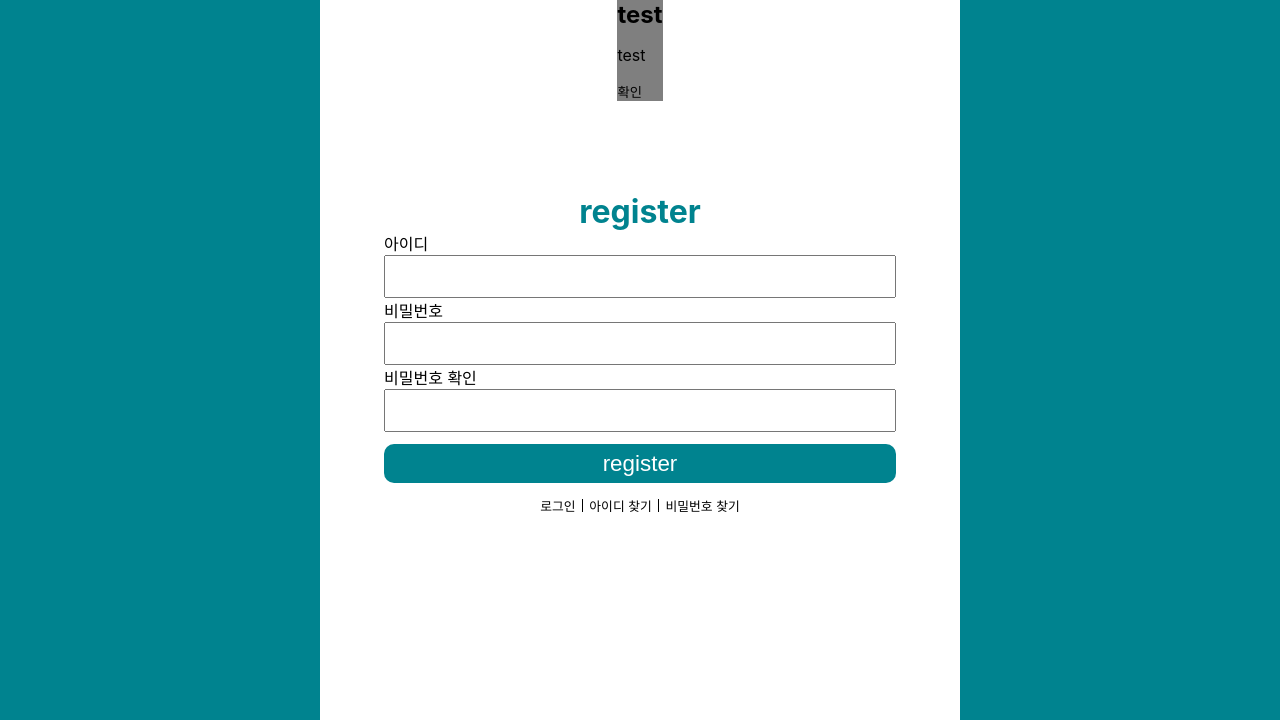
Repository: SeungYn/ticktickup-client
Page: /register
An editor plug-in stored every save of this project. The page is shown before and after the next save, followed by the edit.
The browser window is 1280 px wide. The pictures show the whole page.
The project was rebuilt for these pictures with package versions that can differ from the ones it lists, and the page was loaded fresh each time. Also part of the build but not shown: src/App.tsx, src/pages/Main.tsx, src/pages/TimeDetail.tsx, src/pages/MyInfo.tsx, src/containers/auth/LoginFormContainer.tsx, src/pages/LoginPage.tsx.

Above is the page before, as saved 2023-01-04 00:09:25.

### src/index.tsx
import React from 'react';
import ReactDOM from 'react-dom/client';
import { createBrowserRouter, RouterProvider } from 'react-router-dom';

import './index.css';
import App from './App';
import Main from './pages/Main';
import TimeDetail from './pages/TimeDetail';
import MyInfo from './pages/MyInfo';
import LoginContainer from './pages/LoginPage';
import RegisterPage from './pages/RegisterPage';
import { Provider } from 'react-redux';
import { store } from './modules';

const root = ReactDOM.createRoot(
  document.getElementById('root') as HTMLElement
);

const router = createBrowserRouter([
  {
    path: '/',
    element: <App />,
    children: [
      { index: true, element: <Main /> },
      {
        path: 'TimeDetail',
        element: <TimeDetail />,
      },
      {
        path: 'Myinfo',
        element: <MyInfo />,
      },
    ],
  },
  {
    path: 'Login',
    element: <LoginContainer />,
  },
  {
    path: 'register',
    element: <RegisterPage />,
  },
]);

root.render(
  <Provider store={store}>
    <RouterProvider router={router}></RouterProvider>
  </Provider>
);

### src/index.css
* {
  box-sizing: border-box;
}

html {
  height: 100%;
  width: 100%;
}

body {
  margin: 0;
  font-family: -apple-system, BlinkMacSystemFont, 'Segoe UI', 'Roboto', 'Oxygen',
    'Ubuntu', 'Cantarell', 'Fira Sans', 'Droid Sans', 'Helvetica Neue',
    sans-serif;
  -webkit-font-smoothing: antialiased;
  -moz-osx-font-smoothing: grayscale;
  height: 100%;
  width: 100%;
}

code {
  font-family: source-code-pro, Menlo, Monaco, Consolas, 'Courier New',
    monospace;
}

#root {
  height: 100%;
  width: 100%;
  background-color: #00838f;
  display: flex;
  justify-content: center;
}

input {
  outline: none;
}

h1,
h2 {
  margin: 0;
}

button {
  outline: none;
  background: none;
  border: none;
  cursor: pointer;
  padding: 0;
}

a {
  text-decoration: none;
  color: black;
}

a:visited {
  color: black;
}

### src/pages/RegisterPage.tsx
import React from 'react';
import RegisterFormContainer from '../containers/auth/RegisterFormContainer';

export default function RegisterPage() {
  const onSubmit = (e: React.FormEvent<HTMLFormElement>) => {
    e.preventDefault();
    console.log('submit');
  };
  return <RegisterFormContainer />;
}

### src/modules/index.ts
import { configureStore } from '@reduxjs/toolkit';
import authReducer from './auth';
import loadingReducer from './Loading';

export const store = configureStore({
  reducer: { auth: authReducer, loading: loadingReducer },
});
export type RootState = ReturnType<typeof store.getState>;
export type AppDispatch = typeof store.dispatch;

### src/containers/auth/RegisterFormContainer.tsx
import React from 'react';
import { useDispatch, useSelector } from 'react-redux';
import AuthForm from '../../components/auth/AuthForm';
import { AppDispatch, RootState } from '../../modules';
import { authRegister, changeField } from '../../modules/auth';

export default function RegisterFormContainer() {
  const { register, authError } = useSelector((state: RootState) => state.auth);
  const { loading } = useSelector((state: RootState) => state);
  const dispatch = useDispatch<AppDispatch>();
  const onSubmit = async (e: React.FormEvent<HTMLFormElement>) => {
    e.preventDefault();
    console.log('submit');

    const test = await dispatch(
      authRegister({ username: register.username, password: register.password })
    );
    console.log(test);
  };

  const onChange = (e: React.ChangeEvent<HTMLInputElement>) => {
    const { name, value } = e.target;
    dispatch(changeField({ form: 'register', name, value }));
  };
  console.log(authError);
  return (
    <AuthForm
      type={'register'}
      form={register}
      onChange={onChange}
      onSubmit={onSubmit}
      loading={loading.loading}
      passwordMatch={register.passwordMatch}
      authError={authError}
    />
  );
}

### src/modules/auth.ts
import { AxiosError, AxiosResponse } from 'axios';
import {
  createAsyncThunk,
  createSlice,
  current,
  PayloadAction,
} from '@reduxjs/toolkit';
import { AppDispatch } from '.';
import AuthService from '../service/authService';
import { finishLoading, startLoading } from './Loading';

const authService = AuthService.getHttpInstance();

export interface AuthSuccessResponse {
  username: string;
  token: string;
}

export interface AuthFailResponse {
  error: string;
}

export type Register = {
  username: string;
  password: string;
  passwordConfirm: string;
  passwordMatch: boolean;
  [key: string]: string | boolean;
};

export type Login = {
  username: string;
  password: string;
  [key: string]: string;
};

export const authRegister = createAsyncThunk<
  { token: string; username: string },
  { username: string; password: string },
  {
    rejectValue: AuthFailResponse;
    dispatch: AppDispatch;
  }
>('auth/REGISTER', async (form, thunkAPI) => {
  console.log('async');
  console.log(thunkAPI);
  thunkAPI.dispatch(startLoading());
  try {
    const res = (await authService.signup(
      form.username,
      form.password
    )) as AxiosResponse;

    return res.data;
  } catch (e) {
    //todo 에러메세지 가져오기

    return thunkAPI.rejectWithValue({ error: String(e) });
  } finally {
    thunkAPI.dispatch(finishLoading());
  }
});

export const authLogin = createAsyncThunk(
  'auth/LOGIN',
  async (form: Login, thunkAPI) => {
    thunkAPI.dispatch(startLoading());
    try {
      return { payload: { token: '123', username: '123' } };
    } catch (e) {
      return thunkAPI.rejectWithValue({ error: '123' });
    } finally {
      thunkAPI.dispatch(finishLoading());
    }
  }
);

interface InitialAuthFormState {
  register: Register;
  login: Login;
  authError: string | null | undefined;
  authDuplicateError: string | null;
  auth: null | { [key: string]: string };
}

const initialAuthFormState: InitialAuthFormState = {
  register: {
    username: '',
    password: '',
    passwordConfirm: '',
    passwordMatch: true,
  },

  login: {
    username: '',
    password: '',
  },
  authError: null,
  authDuplicateError: null,
  auth: null,
};

const authSlice = createSlice({
  name: 'authForm',
  initialState: initialAuthFormState,
  reducers: {
    changeField: (
      state,
      {
        payload,
      }: PayloadAction<{
        form: 'login' | 'register';
        value: string;
        name: string;
      }>
    ) => {
      const { form, name, value } = payload;

      state[form][name] = value;
      if (form === 'register') {
        if (state[form].password !== state[form].passwordConfirm)
          state[form].passwordMatch = false;
        else state[form].passwordMatch = true;
      }
    },
    initialForm: (
      state,
      { payload }: PayloadAction<{ form: 'login' | 'register' }>
    ) => {
      const { form } = payload;
      if (form === 'login') state[form] = initialAuthFormState[form];
      else state[form] = initialAuthFormState[form];
    },
  },
  extraReducers: (builder) => {
    builder
      .addCase(authRegister.pending, (state, action) => {
        state.authError = null;
        console.log('pending auth');
      })
      .addCase(authRegister.fulfilled, (state, action) => {
        state.auth = action.payload;
        console.log('fulfilled auth');
      })
      .addCase(authRegister.rejected, (state, action) => {
        state.authError = action.payload?.error;
      })
      .addCase(authLogin.pending, (state, action) => {
        console.log('pending');
      })
      .addCase(authLogin.fulfilled, (state, action) => {
        console.log('fulfilled');
      })
      .addCase(authLogin.rejected, (state, action) => {
        console.log('rejected');
      });
  },
});

export const { changeField, initialForm } = authSlice.actions;

export default authSlice.reducer;

### src/modules/Loading.ts
import { createSlice } from '@reduxjs/toolkit';

const loadingSlice = createSlice({
  name: 'loading',
  initialState: { loading: false },
  reducers: {
    startLoading: (state) => {
      console.log('startLoading');
      state.loading = true;
    },
    finishLoading: (state) => {
      state.loading = false;
    },
  },
});

export const { startLoading, finishLoading } = loadingSlice.actions;
export default loadingSlice.reducer;

### src/components/auth/AuthForm.tsx
import styles from './authForm.modue.scss';
import classNames from 'classnames';
import AuthBtn from '../common/AuthBtn';
import { Link } from 'react-router-dom';
import { Login, Register } from '../../modules/auth';
import { AppDispatch } from '../../modules';
import React from 'react';
import { css } from 'styled-components';
import ConfirmModal from '../common/ConfirmModal';
const cx = classNames.bind(styles);
interface AuthFormType {
  type: string;
  form: Login | Register;
  loading?: boolean;
  passwordMatch?: boolean;
  onSubmit: (e: React.FormEvent<HTMLFormElement>) => void;
  onChange: (e: React.ChangeEvent<HTMLInputElement>) => void;
  authError?: null | string;
}

export default function AuthForm({
  type,
  form,
  onChange,
  onSubmit,
  loading,
  passwordMatch,
  authError,
}: AuthFormType) {
  console.log(passwordMatch);
  return (
    <>
      {true && (
        <ConfirmModal
          title='test'
          content='test'
          callback={() => {}}
        ></ConfirmModal>
      )}
      <form className={cx('form')} onSubmit={onSubmit}>
        <h1>{type}</h1>
        <label htmlFor='username'>
          아이디
          <input
            type='text'
            name='username'
            onChange={onChange}
            value={form.username}
            required
          />
        </label>

        <label htmlFor='password'>
          비밀번호
          <input
            type='password'
            name='password'
            onChange={onChange}
            value={form.password}
            required
          />
        </label>

        {type === 'register' && (
          <label htmlFor='password' id='label-last'>
            <div>
              <span>비밀번호 확인</span>{' '}
              {!passwordMatch && (
                <span className={cx({ passwordNotMatch: !passwordMatch })}>
                  비밀번호를 확인해 주세요
                </span>
              )}
            </div>
            <input
              type='password'
              name='passwordConfirm'
              value={form.passwordConfirm}
              onChange={onChange}
              required
            />
          </label>
        )}
        {authError && <span style={{ color: 'red' }}>{authError}</span>}
        <AuthBtn title={type} />

        <div className={cx('footer')}>
          {type === 'login' ? (
            <Link to='/register' className={cx('footerBtn')}>
              회원가입
            </Link>
          ) : (
            <Link to='/login' className={cx('footerBtn')}>
              로그인
            </Link>
          )}
          <span className={cx('gap')}></span>
          <button className={cx('footerBtn')}>아이디 찾기</button>
          <span className={cx('gap')}></span>
          <button className={cx('footerBtn')}>비밀번호 찾기</button>
        </div>
      </form>
    </>
  );
}

### src/service/authService.ts
import { AxiosPromise, AxiosResponse } from 'axios';
import Http, { HttpInterface } from '../network/http';
export default class AuthService {
  private static instance: AuthService;

  private constructor(private http: HttpInterface) {}

  async signup(username: string, password: string) {
    const data = await this.http.fetch('/auth/signup', {
      method: 'POST',
      data: JSON.stringify({ username, password }),
    });
    console.log('data', data);
    return data;
  }

  public static getHttpInstance() {
    if (!AuthService.instance) {
      AuthService.instance = new AuthService(Http.getHttpInstance());
    }
    return AuthService.instance;
  }
}

### src/components/auth/authForm.modue.scss
@import '../../styles/utils.scss';

.form {
  width: 50%;
  min-width: 500px;
  height: 100%;
  display: flex;
  flex-direction: column;
  justify-content: center;
  align-items: center;
  background-color: $backgroundColor;
  padding: 0 4rem;

  & > *:not(label) {
    margin-bottom: 0.8rem;
  }

  & #label-last {
    margin-bottom: 0.8rem;
  }

  & > h1 {
    margin: 0;
    color: $main-color;
  }

  & input {
    font-size: 1.4rem;
    padding: 0.4rem 0;
  }

  & label {
    width: 100%;
    display: flex;
    flex-direction: column;
  }
}

.footer {
  display: flex;
  align-items: center;
}

.gap {
  display: inline-block;
  height: 0.8rem;
  border-left: 1px solid black;
}

.footerBtn {
  font-size: 0.8rem;
  padding: 0 0.4rem;
}

.passwordNotMatch {
  color: red;
}

@media (max-width: 800px) {
  .form {
  }
}

### src/components/common/AuthBtn.tsx
import styled from 'styled-components';

interface AuthBtnType {
  title: string;
}

const StyledInput = styled.button`
  width: 100%;

  font-size: 1.4rem;
  border: none;
  background: #00838f;
  border-radius: 10px;
  padding: 0.4rem 0;
  color: white;
  &:hover {
    cursor: pointer;
  }
`;

export default function AuthBtn({ title }: AuthBtnType) {
  return <StyledInput>{title}</StyledInput>;
}

### src/components/common/ConfirmModal.tsx
import styled from 'styled-components';

interface ModalType {
  title: string;
  content: string;
  callback: () => void;
}

const ModalContainer = styled.div`
  position: fixed;
  background-color: rgba(0, 0, 0, 0.5);
  display: flex;
  justify-content: center;
  align-items: center;
`;

const ModalContent = styled.div``;

export default function ConfirmModal({ title, content, callback }: ModalType) {
  return (
    <ModalContainer>
      <ModalContent>
        <h2>{title}</h2>
        <p>{content}</p>
        <button onClick={callback}>확인</button>
      </ModalContent>
    </ModalContainer>
  );
}

### src/network/http.ts
import axios, {
  AxiosError,
  AxiosInstance,
  AxiosInterceptorOptions,
  AxiosRequestConfig,
  AxiosResponse,
} from 'axios';

export interface HttpInterface {
  fetch: (
    url: string,
    options: AxiosRequestConfig
  ) => Promise<AxiosResponse | AxiosError>;
}

export default class Http implements HttpInterface {
  private static instance: Http;
  private readonly client: AxiosInstance;
  private constructor(baseURL: string) {
    this.client = axios.create({
      baseURL: baseURL,
      withCredentials: true,
    });
  }

  async fetch(
    url: string,
    options: AxiosRequestConfig
  ): Promise<AxiosResponse> {
    this.client.defaults.headers.post['Content-Type'] = 'application/json';
    const { data, method, headers } = options;
    const request = {
      url,
      method,
      headers: {
        ...headers,
      },
      data,
    };
    let res: AxiosResponse;

    try {
      res = await this.client(request);
      return res;
    } catch (e) {
      if (axios.isAxiosError(e)) {
        const message = e.response?.data?.message;
        if (message) {
          throw new Error(message);
        }
      }
      throw new Error('Connect Error');
    }
  }
  public static getHttpInstance() {
    if (!Http.instance) {
      Http.instance = new Http(process.env.REACT_APP_BASE_URL as string);
    }
    return Http.instance;
  }
}

const a: HttpInterface = Http.getHttpInstance();

### src/styles/utils.scss
@import '~include-media/dist/include-media';

$red: #fa5252;
$orange: #fd7e14;
$yellow: #fcc419;
$green: #40c057;
$blue: #339af0;
$indigo: #5c7cfa;
$violet: #7950f2;
$backgroundColor: white;
$main-color: #00838f;
$font-size-medium: 1.2rem;
@mixin square($size) {
  $calculated: 32px * $size;
  width: $calculated;
  height: $calculated;
}

Loaded but not shown: public/index.html (common file)

After the next save:
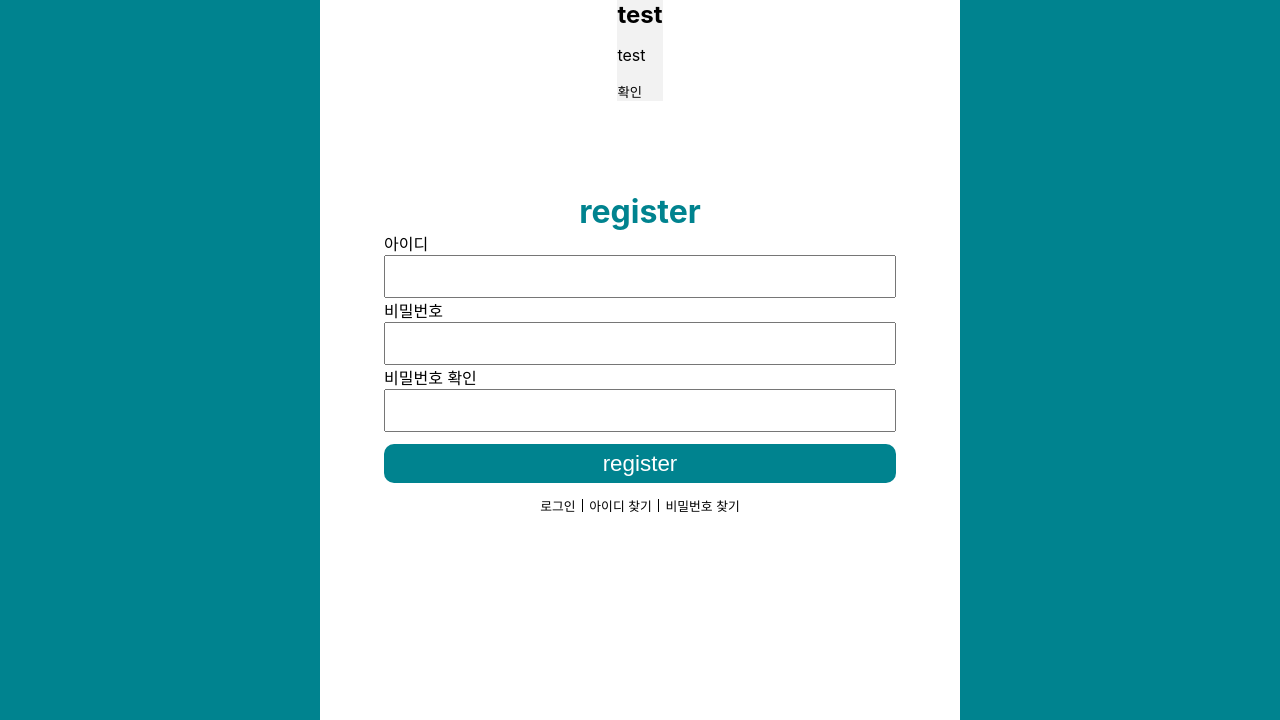
Saved 26 s later.
--- a/src/components/common/ConfirmModal.tsx
+++ b/src/components/common/ConfirmModal.tsx
@@ -8,7 +8,7 @@ interface ModalType {
 
 const ModalContainer = styled.div`
   position: fixed;
-  background-color: rgba(0, 0, 0, 0.5);
+  background-color: rgba(0, 0, 0, 0.05);
   display: flex;
   justify-content: center;
   align-items: center;
